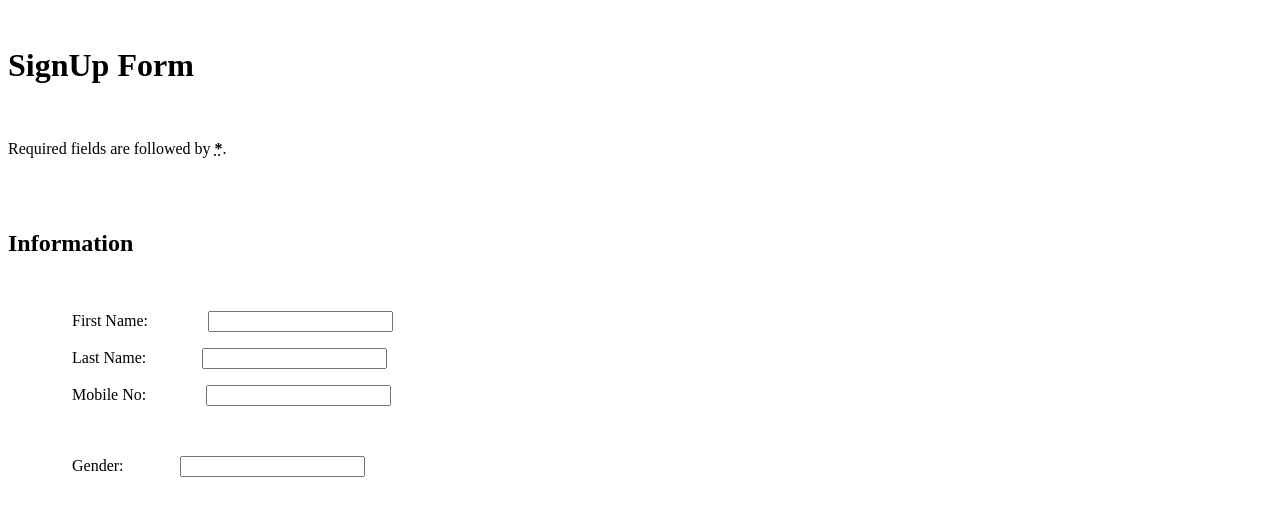
Repository: USChaurasiya/SpringCore
Page: http://localhost/SpringExample/
The author's editor kept a copy of each file at every save. The page is drawn from the files as they stood at one save, then again after the next save.
The browser window is 1280 px wide. The pictures show the whole page.
The page is served by Tomcat 9. Other server files are loaded and not shown.

Above is the page before, as saved 2017-02-14 07:30:27.

### SpringExample/WebContent/Signup.jsp
<%@ page language="java" contentType="text/html; charset=UTF-8"
	pageEncoding="UTF-8"%>
<!DOCTYPE html PUBLIC "-//W3C//DTD HTML 4.01 Transitional//EN" "http://www.w3.org/TR/html4/loose.dtd">
<html>
<head>
<meta http-equiv="Content-Type" content="text/html; charset=UTF-8">
<title>Insert title here</title>
</head>
<body>


	<form action="signup.do" method="post">
        <h1>         SignUp Form     </h1>
        <p>Required fields are followed by <strong><abbr title="required">*</abbr></strong>.</p>
        <section>
            <h2>Information</h2>

            <p>
                <span>First Name: </span>
              <input type="text"  name="fname">
            </p>

			<p>
                <span>Last Name: </span>
             <input type="text" name="lname">
            </p>
			<p>
                <span>Mobile No: </span>
              <input type="text" name="mobile">
            </p>
            <p>
                <span>Gender: </span>
             <input type="text" name="gender">
            </p>
        </section>

    </form>

</body>
</html>

After the next save:
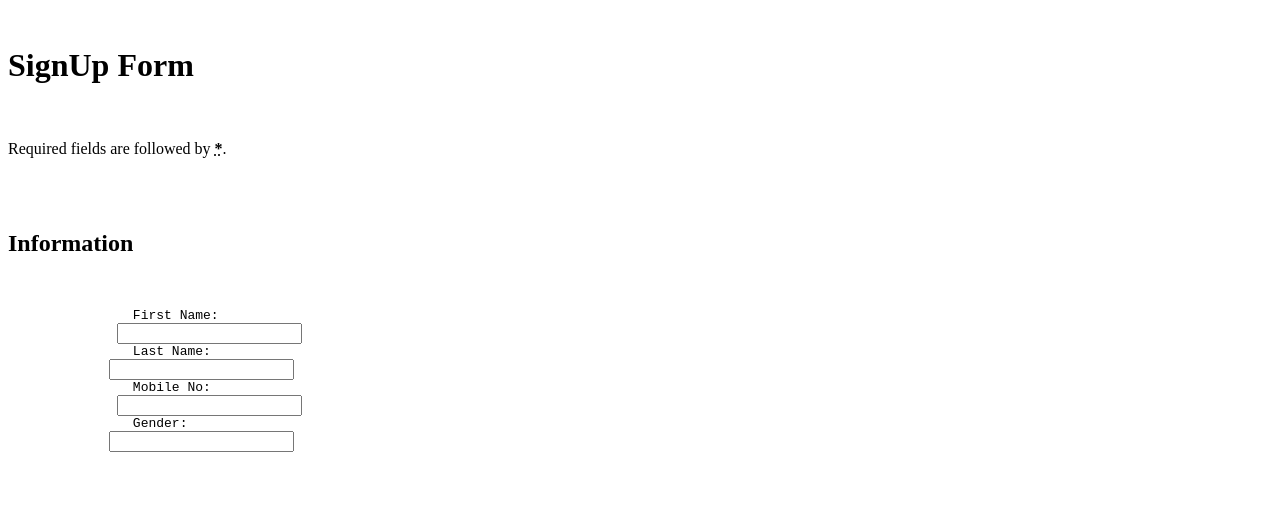
Saved 86 s later.
--- a/SpringExample/WebContent/Signup.jsp
+++ b/SpringExample/WebContent/Signup.jsp
@@ -10,31 +10,28 @@
 
 
 	<form action="signup.do" method="post">
-        <h1>         SignUp Form     </h1>
-        <p>Required fields are followed by <strong><abbr title="required">*</abbr></strong>.</p>
-        <section>
-            <h2>Information</h2>
 
-            <p>
+		<h1>SignUp Form</h1>
+
+		<p>
+			Required fields are followed by <strong><abbr
+				title="required">*</abbr></strong>.
+		</p>
+
+		<section>
+		<h2>Information</h2>
+		           <pre>
                 <span>First Name: </span>
-              <input type="text"  name="fname">
-            </p>
-
-			<p>
+              <input type="text" name="fname">
                 <span>Last Name: </span>
              <input type="text" name="lname">
-            </p>
-			<p>
                 <span>Mobile No: </span>
               <input type="text" name="mobile">
-            </p>
-            <p>
                 <span>Gender: </span>
              <input type="text" name="gender">
-            </p>
-        </section>
+</pre>         </section>
 
-    </form>
+	</form>
 
 </body>
 </html>
